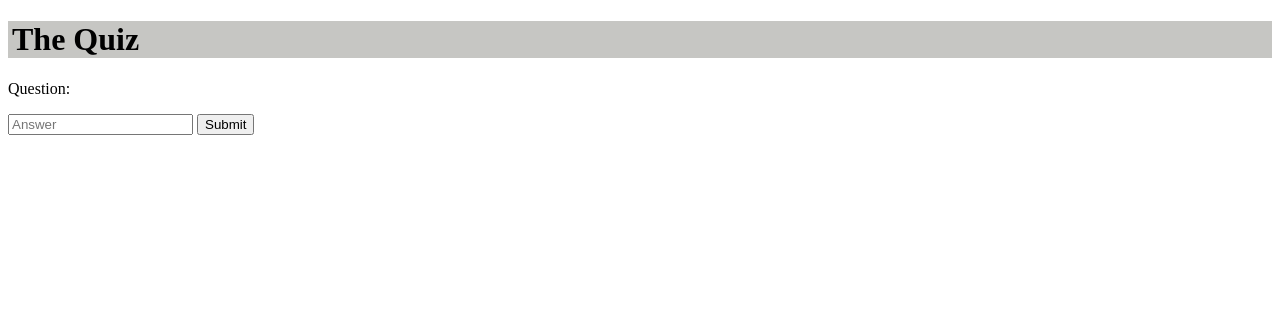
Repository: rs222kn/1dv403-laborationer
Page: 4-thequiz/index.html
The author's editor kept a record of every edit. The page is drawn from the files as they stood at one moment, then again after the next edit.
The browser window is 1280 px wide. The pictures show the whole page.
The page's requests for data from a server got no answer.

Above is the page before.
Console error: TypeError: Cannot set properties of null (setting 'innerHTML')

### 4-thequiz/index.html
<!DOCTYPE html>
<html>
    <head>
        <meta charset="UTF-8" />
 	    <title>The Quiz</title>
 	    <link href='//fonts.googleapis.com/css?family=Roboto' rel='stylesheet' type='text/css'>
        <link rel="stylesheet" type="text/css" href="css/style.css">
    </head>
    <body>
        <main>
            <header><h1>The Quiz</h1></header>
            <p>Question: </p>
            <input type="text" name="answer" id="answer" placeholder="Answer" />
            <input type="submit" name="submit" id="submit" />
        </main>
        <script src="js/script.js"></script>
    </body>
</html>

### 4-thequiz/css/style.css
body{
    background-break: #685489;

}
main{
    margin: auto;
}
header{
    padding-left: 4px;
    background-color: #C6C6C3;
}

section{
    padding: 4px;
    width: 250px;
    height: 200px;
    background-color: #634B7F;
}

#question{

}

#answer{

}

#submit{

}

### 4-thequiz/js/script.js
"use strict";

var Bord = {

    doc: {
        getSubmitBtn: document.getElementById("submit"),
        getPTagQuestion: document.getElementById("question"),
        getInputAnswer: document.getElementById("answer"),
        getPTagResponse: document.getElementById("response"),


        varXhr: new XMLHttpRequest(),

    },

    init: function(){

        Bord.xhrQuestion();
    },

    // skriver ut Frågor
    printQuestion: function(question){
        Bord.doc.getPTagQuestion.innerHTML = question;
    },

    // Får frågorna..
    xhrQuestion: function(url){
         url = url || "http://vhost3.lnu.se:20080/question/1";

        Bord.doc.varXhr.onreadystatechange = function(){
            if (Bord.doc.varXhr.readyState === 4) {
                if (Bord.doc.varXhr.status === 200) {

                    //Bord.doc.varResponse = JSON.parse(Bord.doc.varXhr.responseText);
                    var response = JSON.parse(Bord.doc.varXhr.responseText);
                    Bord.printQuestion(response.question);
                    Bord.click(response);
                }
                else{
                    Bord.doc.getPTagResponse.innerHTML = "Oväntat fel!";
                }
            }
        };
        Bord.doc.varXhr.open("GET", url, true);
        Bord.doc.varXhr.send(null);
    },

    // skickar svar!
    xhrAnswer: function(url, reId, reAnswer){

        Bord.doc.getInputAnswer.value = "";
        var product = {
            id: reId,
            answer: reAnswer
        };

        Bord.doc.varXhr.onreadystatechange = function(){
            if (Bord.doc.varXhr.readyState === 4) {
                if (Bord.doc.varXhr.status === 200) {
                    var response = JSON.parse(Bord.doc.varXhr.responseText);

                    Bord.xhrQuestion(response.nextURL);
                    Bord.doc.getPTagResponse.innerHTML = response.message;
                }
                else{
                    var response = JSON.parse(Bord.doc.varXhr.responseText);
                    Bord.doc.getPTagResponse.innerHTML = response.message;
                }
            }
        };
        Bord.doc.varXhr.open("POST", url, true);
        Bord.doc.varXhr.setRequestHeader('Content-Type', 'application/json');
        Bord.doc.varXhr.send(JSON.stringify(product));
    },

    click: function(response){
        Bord.doc.getSubmitBtn.addEventListener("click", press);

         // skicka med enter..
        Bord.doc.getInputAnswer.onkeypress = function(e){
            if(e.keyCode == 13 && !e.shiftKey){
                e.preventDefault();
                press();
            }
        };

        function press(){
            //Bord.doc.varXhr.abort();
            Bord.xhrAnswer(response.nextURL, response.id, Bord.doc.getInputAnswer.value);
            //Bord.doc.getInputAnswer.value = ""; // skapar bugg
        };
    },

};

window.onload = Bord.init;

After the next edit:
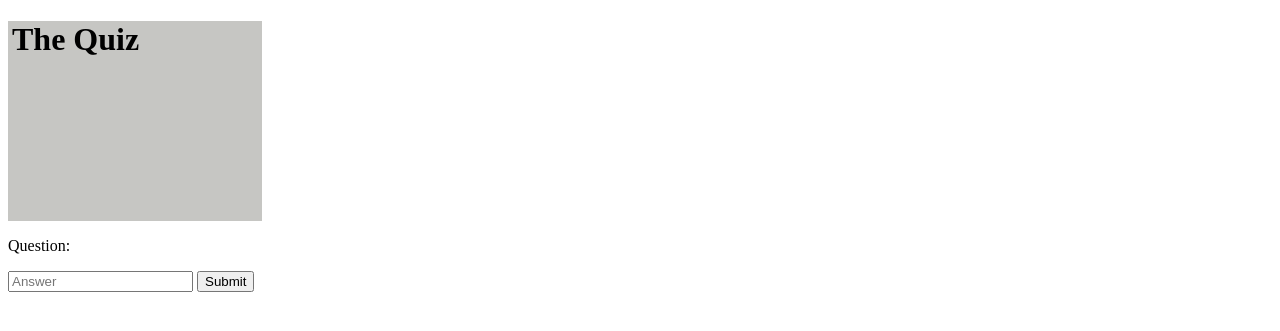
The edit:
--- a/4-thequiz/css/style.css
+++ b/4-thequiz/css/style.css
@@ -6,8 +6,12 @@
     margin: auto;
 }
 header{
+    width: 250px;
+    height: 200px;
     padding-left: 4px;
     background-color: #C6C6C3;
+
+
 }
 
 section{
